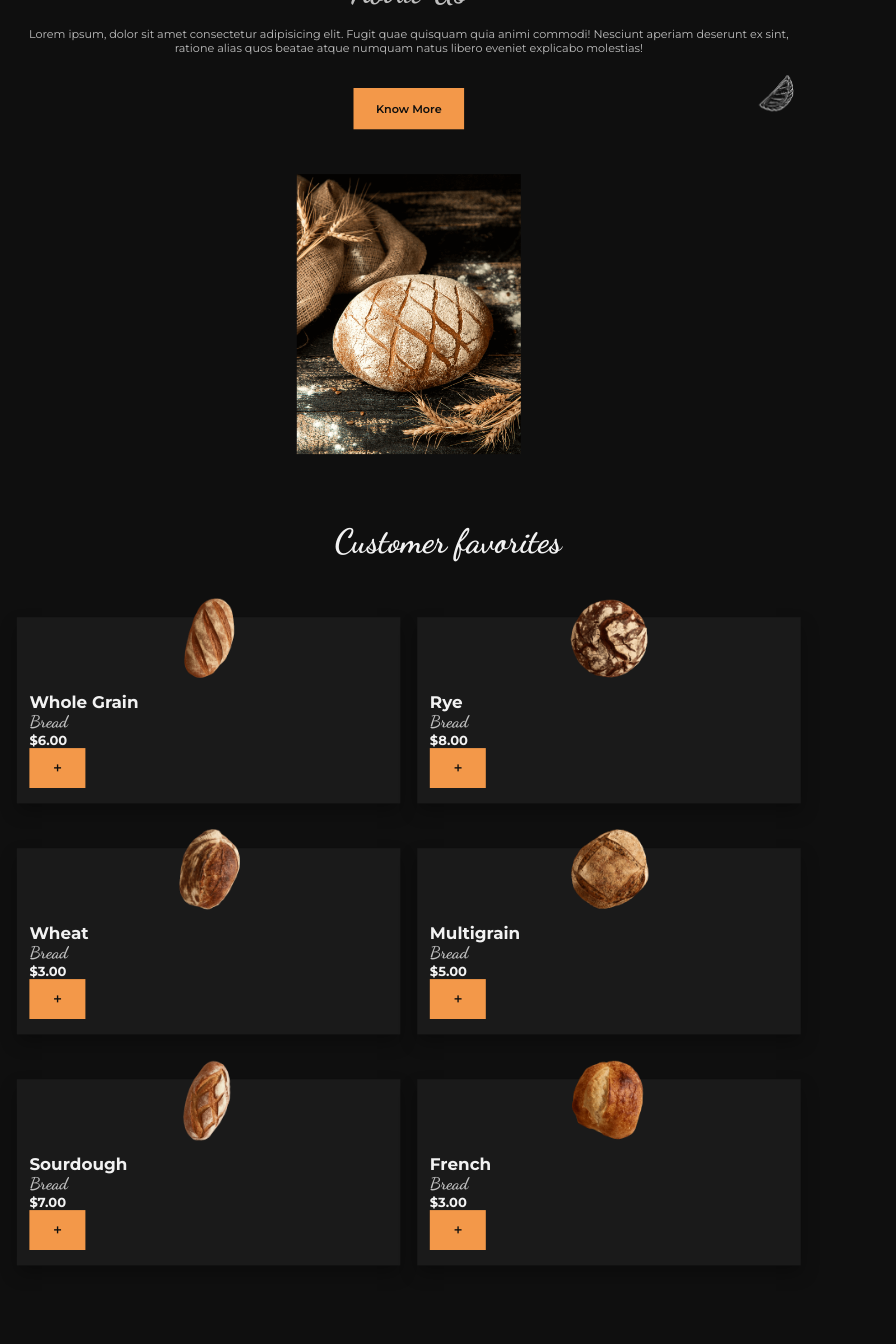
Repository: dinhhaidh/Bakery-web
Page: index.html
The author's editor kept a copy of each file at every save. The page is drawn from the files as they stood at one save, then again after a run of saves.
The browser window is 1280 px wide. The pictures show the part of the page from y = 1954 to 3874 px (the page is 3874 px tall), at 70% of full size.
Some web libraries are served in a nearby version.

Above is the page before, as saved 2024-01-16 15:18:06.

After the next 4 saves:
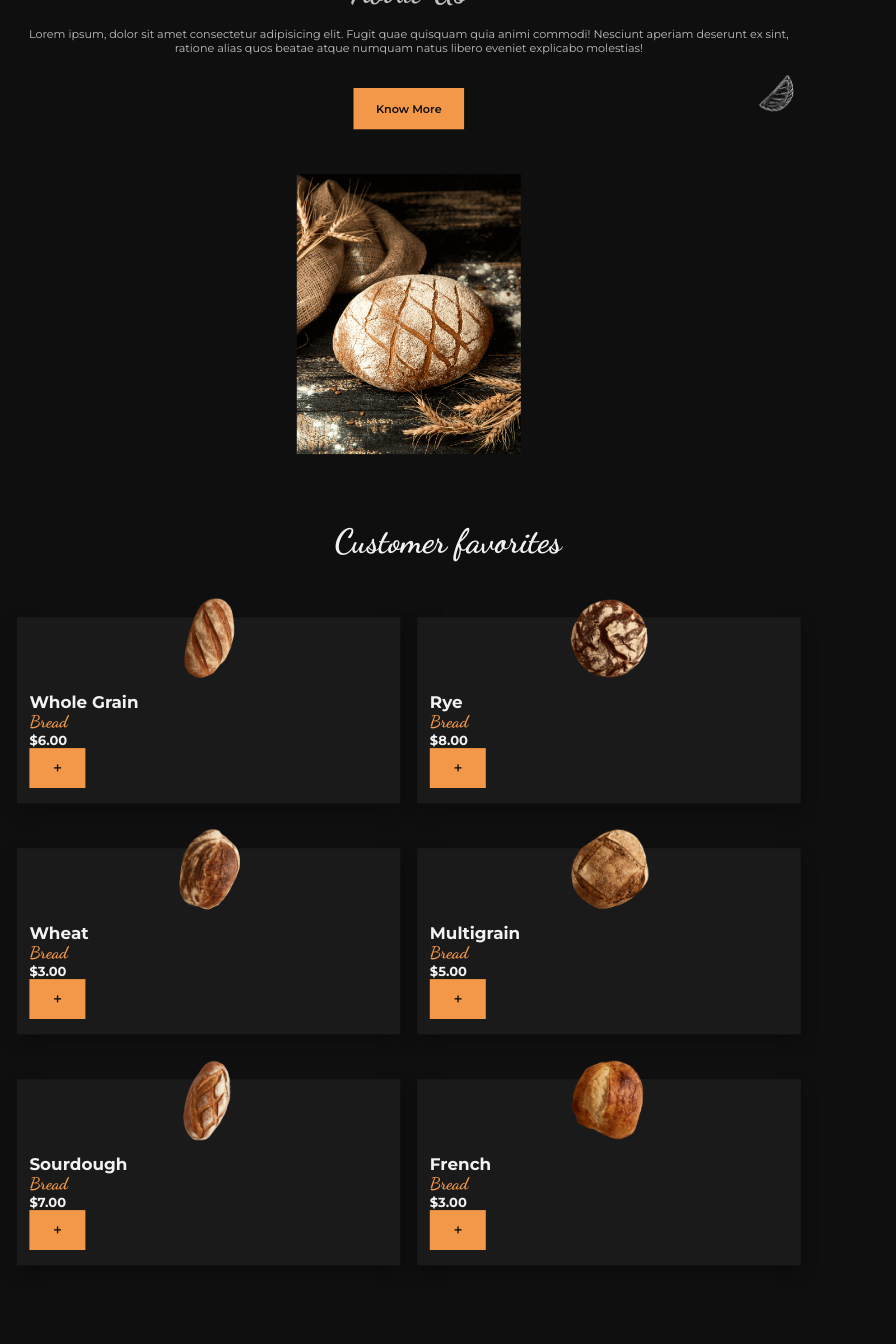
The 4 saves are shown as one change because they came seconds apart.
The last was saved 14 s later.
--- a/css/style.css
+++ b/css/style.css
@@ -415,6 +415,7 @@ transition: border-color .4s;
 .favorite__subtitle{
     font-size: var(--h2-font-size);
     font-family: var(--second-font);
+    color: var(--first-color);
 }
 .favorite__price{
 
